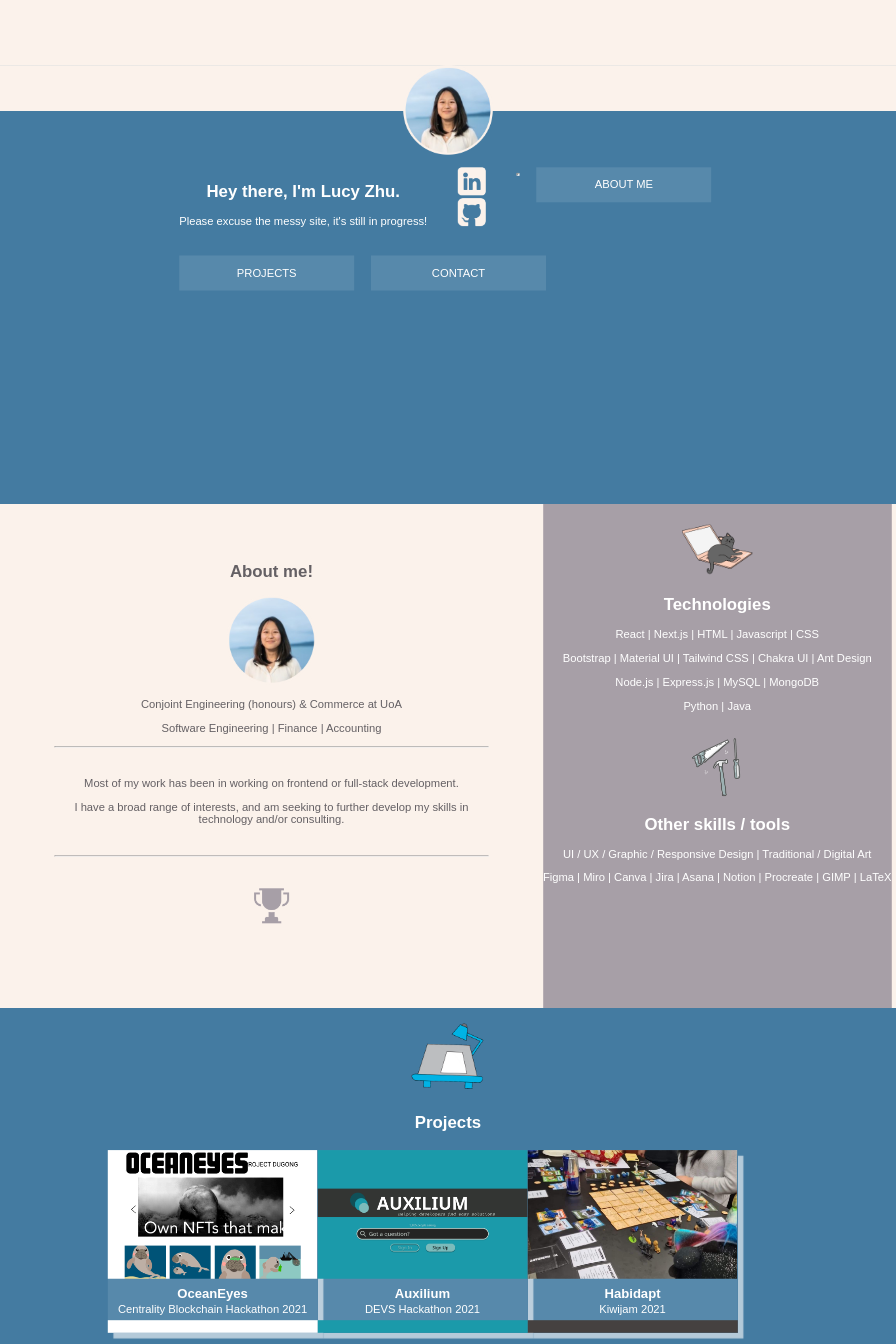
Repository: lukisoo/lukisoo-portfolio
Page: /
An editor plug-in stored every save of this project. The page is shown before and after the next save, followed by the edit.
The browser window is 1280 px wide. The pictures show the part of the page from y = 0 to 1920 px (the page is 3307 px tall), at 70% of full size.
The project was rebuilt for these pictures with package versions that can differ from the ones it lists, and the page was loaded fresh each time.

Above is the page before, as saved 2022-07-31 23:08:28.

### public/index.html
<!DOCTYPE html>
<html lang="en">
  <head>
    <meta charset="utf-8" />
    <link rel="icon" href="%PUBLIC_URL%/favicon.ico" />
    <meta name="viewport" content="width=device-width, initial-scale=1" />
    <meta name="theme-color" content="#000000" />
    <meta
      name="description"
      content="Web site created using create-react-app"
    />
    <link rel="apple-touch-icon" href="%PUBLIC_URL%/logo192.png" />
    <!--
      manifest.json provides metadata used when your web app is installed on a
      user's mobile device or desktop. See https://developers.google.com/web/fundamentals/web-app-manifest/
    -->
    <link rel="manifest" href="%PUBLIC_URL%/manifest.json" />
    <!--
      Notice the use of %PUBLIC_URL% in the tags above.
      It will be replaced with the URL of the `public` folder during the build.
      Only files inside the `public` folder can be referenced from the HTML.

      Unlike "/favicon.ico" or "favicon.ico", "%PUBLIC_URL%/favicon.ico" will
      work correctly both with client-side routing and a non-root public URL.
      Learn how to configure a non-root public URL by running `npm run build`.
    -->
    <title>Lucy Zhu's Portfolio</title>
  </head>
  <body>
    <noscript>You need to enable JavaScript to run this app.</noscript>
    <div id="root"></div>
    <!--
      This HTML file is a template.
      If you open it directly in the browser, you will see an empty page.

      You can add webfonts, meta tags, or analytics to this file.
      The build step will place the bundled scripts into the <body> tag.

      To begin the development, run `npm start` or `yarn start`.
      To create a production bundle, use `npm run build` or `yarn build`.
    -->
  </body>
</html>

### src/index.js
import React from "react";
import {
  BrowserRouter as Router,
  Route,
  BrowserRouter,
} from "react-router-dom";
import { useRecoilState, RecoilRoot } from "recoil";
import ReactDOM from "react-dom/client";
import "./index.css";
import App from "./App";
import reportWebVitals from "./reportWebVitals";

const root = ReactDOM.createRoot(document.getElementById("root"));
root.render(
  <React.StrictMode>
    <RecoilRoot>
      <BrowserRouter>
        <App />
      </BrowserRouter>
    </RecoilRoot>
  </React.StrictMode>
);

// If you want to start measuring performance in your app, pass a function
// to log results (for example: reportWebVitals(console.log))
// or send to an analytics endpoint. Learn more: https://bit.ly/CRA-vitals
reportWebVitals();

### src/index.css
@import url('https://fonts.googleapis.com/css2?family=Source+Sans+Pro:ital,wght@0,200;0,300;0,400;0,600;0,700;0,900;1,200;1,300;1,400;1,600;1,700;1,900&display=swap');

body {
  margin: 0;
  /* font-family: -apple-system, BlinkMacSystemFont, 'Segoe UI', 'Roboto', 'Oxygen',
    'Ubuntu', 'Cantarell', 'Fira Sans', 'Droid Sans', 'Helvetica Neue',
    sans-serif; */
    font-family: arial;
  -webkit-font-smoothing: antialiased;
  -moz-osx-font-smoothing: grayscale;
  background-color: #447BA1;
  color: white;
  /* font-family: 'Source Sans Pro', sans-serif; */
  overflow-x: hidden;
  scroll-behavior: smooth;
}

code {
  font-family: source-code-pro, Menlo, Monaco, Consolas, 'Courier New',
    monospace;
}

a {
  text-decoration: none;
}

### src/App.css
.App {
  text-align: center;
  margin: 0;
}

/* Section Content */
.full-section {
  height: 100vh;
  width: 100vw;
}

.full-section-projects {
  width: 100vw;
  height: auto;
}

/* Buttons */
.box-1 {
  /* background-color: hsl(0, 100%, 70%);  */
  width: 250px;
  margin: auto;
}

.btn {
  line-height: 50px;
  height: 50px;
  text-align: center;
  width: 250px;
  cursor: pointer;
}

.btn-one {
  color: #fff;
  transition: all 0.3s;
  position: relative;
}
.btn-one span {
  transition: all 0.3s;
}
.btn-one::before {
  content: "";
  position: absolute;
  bottom: 0;
  left: 0;
  width: 100%;
  height: 100%;
  z-index: 1;
  opacity: 0;
  transition: all 0.3s;
  border-top-width: 1px;
  border-bottom-width: 1px;
  border-top-style: solid;
  border-bottom-style: solid;
  border-top-color: rgba(255, 255, 255, 0.5);
  border-bottom-color: rgba(255, 255, 255, 0.5);
  transform: scale(0.1, 1);
}
.btn-one:hover span {
  letter-spacing: 2px;
}
.btn-one:hover::before {
  opacity: 1;
  transform: scale(1, 1);
}
.btn-one::after {
  content: "";
  position: absolute;
  bottom: 0;
  left: 0;
  width: 100%;
  height: 100%;
  z-index: 1;
  transition: all 0.3s;
  background-color: rgba(255, 255, 255, 0.1);
}
.btn-one:hover::after {
  opacity: 0;
  transform: scale(0.1, 1);
}

/* Header CSS */
.header-content {
  width: 60vw;
  height: 70vh;
  margin: 0 auto 0 auto;
  margin-top: 2vh;
  /* background-color: red; */
}

.header-divider {
  color: white;
  border-width: 2px;
}

.header-image {
  background: linear-gradient(180deg, #fbf2eb 50%, #ffffff00 50%);
  border-top: 13vh solid #fbf2eb;
  width: 100vw;
  height: auto;
}

.profile-photo {
  width: 10vw;
  height: auto;
}

.social-logo {
  width: 40px;
  height: auto;
  padding: 0 1% 0 1%;
}

.social-logo:hover {
  opacity: 0.8;
  cursor: pointer;
}

/* About Me CSS */
#about-me-section {
  background-color: #fbf2eb;
}

.about-me-content {
  height: 100vh;
  width: 100vw;
}

.about-me-logo-section {
  /* height: 100px; */
}

.about-me-logo {
  width: 50px;
  margin: 5% 3% 0 3%;
  padding: 1%;
}

.about-me-logo:hover {
  border-radius: 15px;
  /* border: 1px solid #A79FA7; */
  opacity: 0.8;
  cursor: pointer;
}

.about-me-left {
}

.details-content {
  padding: 8% 10% 8% 10%;
  color: #646064;
}

.about-me-right {
  background-color: #a79fa7;
  height: 100vh;
}

.skills-content {
  padding: 5% 0 5% 0;
}

.laptop-gif {
  width: 8vw;
}

.tools-gif {
  width: 6vw;
}

/* Projects CSS */
.projects-gif {
  margin-top: 10px;
  width: 9vw;
}

.all-projects {
  margin: 2% 12% 5% 12%;
}

.project-box {
  width: 300px;
  margin: 0 auto;
  background-color: rgba(255, 255, 255, 0.1);
  box-shadow: 8px 8px 1px rgba(255, 255, 255, 0.6);
}

.project-box:hover {
  /* opacity: 0.8; */
  background-color: rgba(255, 255, 255, 0.35);
  cursor: pointer;
  -webkit-transition: background-color 0.3s ease-out;
  -moz-transition: background-color 0.3s ease-out;
  -o-transition: background-color 0.3ss ease-out;
  transition: background-color 0.3s ease-out;
}

.project-text {
  margin-top: 2%;
  margin-bottom: 2%;
}

.project-box h3 {
  margin-top: 0;
  margin-bottom: 0;
}

.project-box p {
  margin-top: 1%;
  margin-bottom: 0;
}

.project-bottom-bar {
  height: 17.5px;
  width: 100%;
}

.project-header-image {
  width: 100%;
}

.project-header-image-popup {
  width: 80%;
  margin: auto;
}

/* Contact CSS */

#contact-section {
  background-color: #fbf2eb;
}

.contact-content {
  color: #646064;
  padding: 10% 5% 5% 5%;
}

.contact-gif {
  width: 10vw;
}

### src/components/project-pop-up.js
import { useEffect, useState } from "react";
import popupStyles from "./css/project-pop-up.module.css";
import PropTypes from "prop-types";
const CustomPopup = (props) => {
  const [show, setShow] = useState(false);

  const closeHandler = (e) => {
    setShow(false);
    props.onClose(false);
  };

  useEffect(() => {
    setShow(props.show);
  }, [props.show]);

  return (
    <div
      style={{
        visibility: show ? "visible" : "hidden",
        opacity: show ? "1" : "0"
      }}
      className={popupStyles.overlay}
    >
      <div className={popupStyles.popup}>
        <h2>{props.title}</h2>
        <span className={popupStyles.close} onClick={closeHandler}>
          &times;
        </span>
        <div className={popupStyles.content}>{props.children}</div>
      </div>
    </div>
  );
};

CustomPopup.propTypes = {
  title: PropTypes.string.isRequired,
  show: PropTypes.bool.isRequired,
  onClose: PropTypes.func.isRequired
};
export default CustomPopup;

### src/components/achievements-pop-up.js
import { useEffect, useState } from "react";
import popupStyles from "./css/achievements-pop-up.module.css";
import PropTypes from "prop-types";
const CustomPopup = (props) => {
  const [show, setShow] = useState(false);

  const closeHandler = (e) => {
    setShow(false);
    props.onClose(false);
  };

  useEffect(() => {
    setShow(props.show);
  }, [props.show]);

  return (
    <div
      style={{
        visibility: show ? "visible" : "hidden",
        opacity: show ? "1" : "0"
      }}
      className={popupStyles.overlay}
    >
      <div className={popupStyles.popup}>
        <h2>{props.title}</h2>
        <span className={popupStyles.close} onClick={closeHandler}>
          &times;
        </span>
        <div className={popupStyles.content}>{props.children}</div>
      </div>
    </div>
  );
};

CustomPopup.propTypes = {
  title: PropTypes.string.isRequired,
  show: PropTypes.bool.isRequired,
  onClose: PropTypes.func.isRequired
};
export default CustomPopup;

### src/data/projectsData.js
import OceanEyes from "../images/projects-section/header-images/oceaneyes.png";
import Auxilium from "../images/projects-section/header-images/auxilium.png";
import Habidapt from "../images/projects-section/header-images/habidapt.png";
import Discover from "../images/projects-section/header-images/discover.png";
import Procast from "../images/projects-section/header-images/procast.png";
import PlectrumSite from "../images/projects-section/header-images/plectrum-site.png";
import ProjectMixSite from "../images/projects-section/header-images/project-mix-site.png";
import HappinessHaven from "../images/projects-section/header-images/happiness-haven.png";
import BeverageBinge from "../images/projects-section/header-images/beverage-binge.png";

const projectsData = [
  {
    id: 0,
    title: "OceanEyes",
    header: OceanEyes,
    affiliation: "Centrality Blockchain Hackathon 2021",
    description:
      "OceanEyes is a project created for the 2021 CENNZ Blockchain Hackathon. An ocean health and biodiversity project which aims to ensure the transparency and credibility of fisheries and conservations by using NFT and blockchain during issuance of certifications and charity efforts.",
    color: "#FFFFFF",
  },
  {
    id: 1,
    title: "Auxilium",
    header: Auxilium,
    affiliation: "DEVS Hackathon 2021",
    description:
      "Auxilium is a project created for the 2021 DEVS Hackathon (themed 'Devs for Devs') that secured our group 3rd place. The lack of a beginner-friendly community is a real issue, so we created one ourselves. This web app includes a Q&A, groups, achievements, and challenges, alongside many other features that allow beginner developers to help each other, connect with one another, and encourage them to gain more skills and opportunities.",
    color: "#1B9AAA",
  },
  {
    id: 2,
    title: "Habidapt",
    header: Habidapt,
    affiliation: "Kiwijam 2021",
    description:
      "Created a board game, 'Habidapt', for the 2021 KiwiJam, which was themed 'adapt'. Habidapt involved strategically transformaing into different animals to enter different terrains to gain the most tokens possible. We illustrated our designs, laser cut the board and tokens, 3d printed our animal game pieces, and spent a very long time figuring out game logic.",
    color: "#454140",
  },
  {
    id: 3,
    title: "Discover",
    header: Discover,
    affiliation: "MYOB IT Challenge 2021",
    description:
      "'Discover' is a web app created for the 2021 MYOB IT Challenge, which had a theme that invovled helping small NZ and Australian Businesses. It is very difficult and costly for small businesses to get the exposure they deserve, so our platform aims to increase their exposure to a wider audience. Businesses can register themselves onto the platform and showcase their products or services, view analytics, and provide discounts. Customers will be able to view this and refer their friends.",
    color: "#2D929F",
  },
  {
    id: 4,
    title: "Procast",
    header: Procast,
    affiliation: "WDCC x SESA Hackathon 2021",
    description:
      "An interesting web app which promotes a healthy 'work life balance' for the 2021 WDCC x SESA Hackathon themed 'pro-procrastination'. Basically a productivity tool that distracts you while you do work, and justifies that it's trying to help you keep that work life balance by taking breaks, showing you videos and events near you, and encouraging you to have fun with friends and family instead.",
    color: "#B4D2E7",
  },
  {
    id: 5,
    title: "Plectrum XR Site",
    header: PlectrumSite,
    affiliation: "Plectrum XR",
    description: "...",
    color: "#000000",
  },
  {
    id: 6,
    title: "Project Mix Site",
    header: ProjectMixSite,
    affiliation: "Plectrum XR",
    description: "...",
    color: "#0E0D0F",
  },
  {
    id: 7,
    title: "Happiness Haven",
    header: HappinessHaven,
    affiliation: "DEVS Hackathon 2022",
    description: "...",
    color: "#DFEEEE",
  },
  {
    id: 8,
    title: "Beverage Binge",
    header: BeverageBinge,
    affiliation: "WDCC x DEVS Hackathon 2022",
    description: "...",
    color: "#8093F1",
  },
];

export default projectsData;

### src/data/achievementsData.js
const achievementsData = [
    {
        id: 0,
        title: "placeholder1",
    },
    {
        id: 1,
        title: "placeholder2",
    },
];

export default achievementsData;

### src/atoms/currentProjectState.js
import { atom } from "recoil";

export const currentProjectState = atom({
  key: "currentProjectState", // unique ID (with respect to other atoms/selectors)
  default: 0, // default value (aka initial value)
});

### src/components/css/project-pop-up.module.css
.overlay {
    visibility: hidden;
    opacity: 0;
    position: fixed;
    top: 0;
    bottom: 0;
    left: 0;
    right: 0;
    background: rgba(0, 0, 0, 0.7);
    transition: opacity 500ms;
}

.popup {
    margin: 70px auto;
    padding: 20px;
    background: #fff;
    border-radius: 5px;
    width: 30%;
    position: relative;
    transition: all 5s ease-in-out;
    z-index: 500;
    color:rgba(0, 0, 0, 0.7);
}

.popup h2 {
    margin-top: 0;
    color: #333;
    font-family: Tahoma, Arial, sans-serif;
}

.popup .close {
    position: absolute;
    top: 20px;
    right: 30px;
    transition: all 200ms;
    font-size: 30px;
    font-weight: bold;
    text-decoration: none;
    color: #333;
}

.popup .close:hover {
    cursor: pointer;
    color: #000;
}

.popup .content {
    max-height: 30%;
    overflow: auto;
}

@media screen and (max-width: 700px) {
    .popup {
        width: 70%;
    }
}

### src/components/css/achievements-pop-up.module.css
.overlay {
    visibility: hidden;
    opacity: 0;
    position: fixed;
    top: 0;
    bottom: 0;
    left: 0;
    right: 0;
    background: rgba(0, 0, 0, 0.7);
    transition: opacity 500ms;
}

.popup {
    margin: 70px auto;
    padding: 20px;
    background: #fff;
    border-radius: 5px;
    width: 30%;
    position: relative;
    transition: all 5s ease-in-out;
    z-index: 500;
}

.popup h2 {
    margin-top: 0;
    color: #333;
    font-family: Tahoma, Arial, sans-serif;
}

.popup .close {
    position: absolute;
    top: 20px;
    right: 30px;
    transition: all 200ms;
    font-size: 30px;
    font-weight: bold;
    text-decoration: none;
    color: #333;
}

.popup .close:hover {
    cursor: pointer;
    color: #000;
}

.popup .content {
    max-height: 30%;
    overflow: auto;
}

@media screen and (max-width: 700px) {
    .popup {
        width: 70%;
    }
}

Loaded but not shown: src/reportWebVitals.js (common file); src/App.js (362 lines, source omitted)

After the next save:
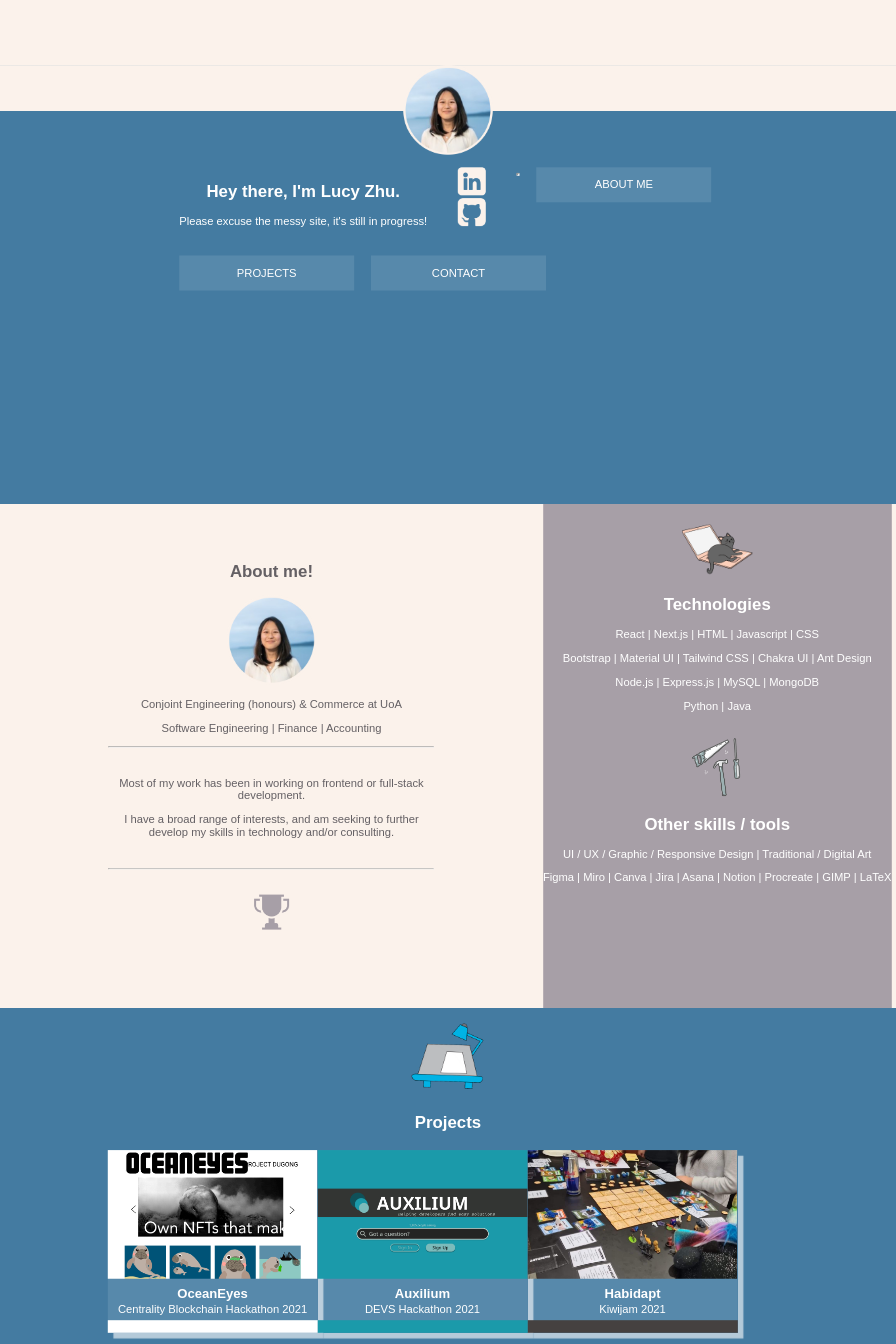
Saved 17 s later.
--- a/src/App.css
+++ b/src/App.css
@@ -146,7 +146,7 @@
 }
 
 .details-content {
-  padding: 8% 10% 8% 10%;
+  padding: 8% 20% 8% 20%;
   color: #646064;
 }
 
